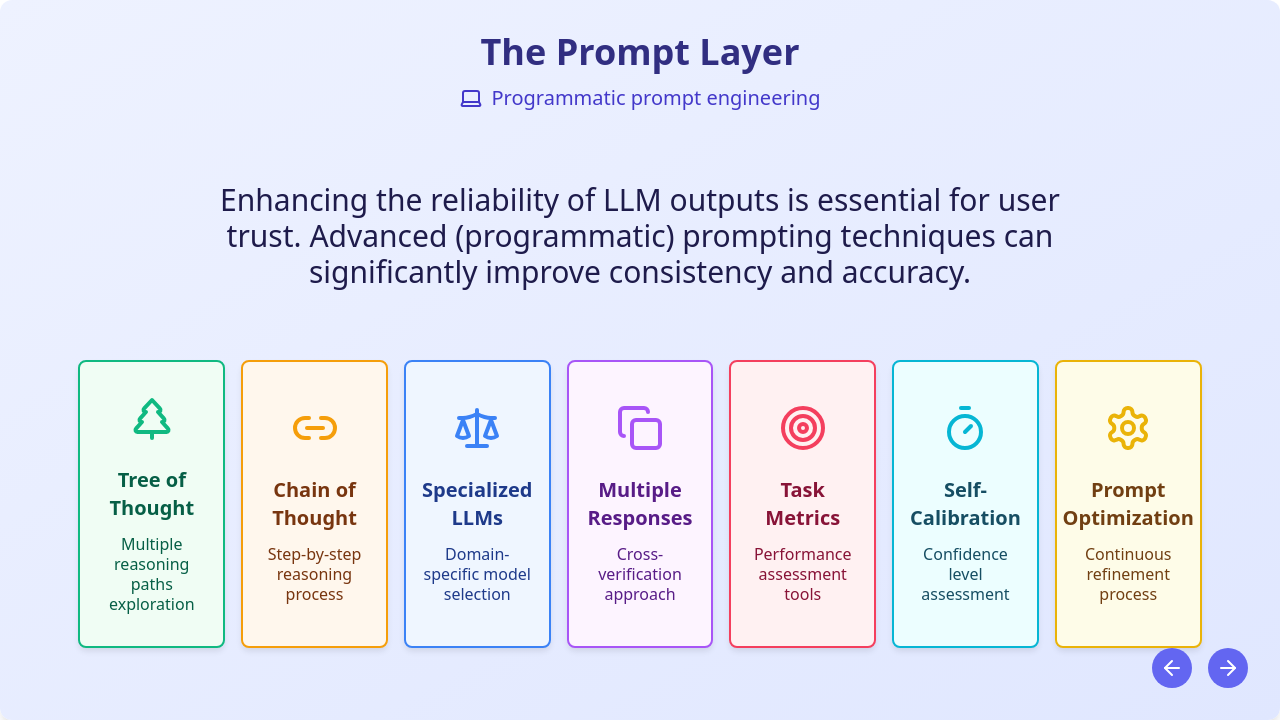
Repository: Galbaz1/dell_presentation
Page: /slide7
An editor plug-in stored every save of this project. The page is shown before and after a run of saves, followed by the edit.
The browser window is 1280 px wide. The pictures show the whole page.
The project was rebuilt for these pictures with package versions that can differ from the ones it lists, and the page was loaded fresh each time. The framework's server and built-in components were replaced by stand-ins that run in the browser. Also part of the build but not shown: styles/animations/slide1.css, styles/animations/slide2.css.

Above is the page before, as saved 2024-11-13 13:07:12.

After the next 2 saves:
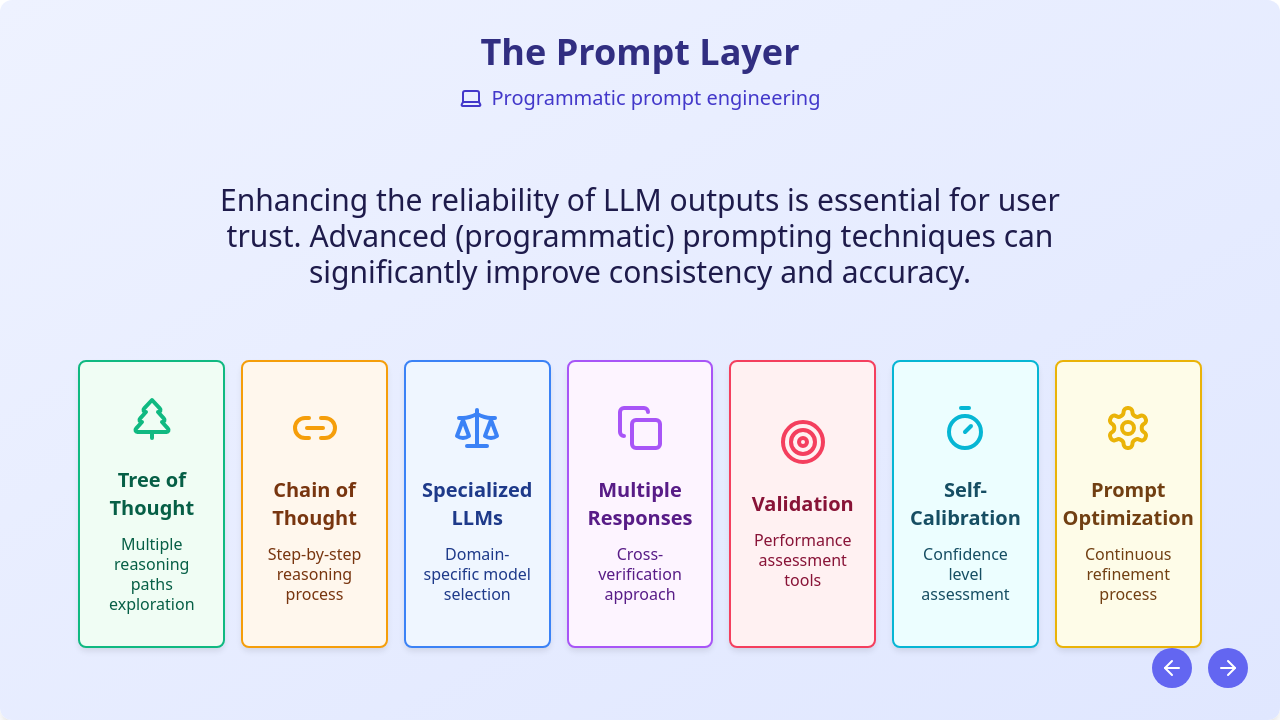
The 2 saves are shown as one change because they came seconds apart.
The last was saved 76 s later.
--- a/pages/slide7.tsx
+++ b/pages/slide7.tsx
@@ -96,7 +96,7 @@ const Slide7: React.FC = () => {
     },
     {
       icon: <Target className="w-8 h-8" />,
-      title: "Task Metrics",
+      title: "Validation",
       description: "Performance assessment tools",
       color: {
         bg: "#fff1f2",
